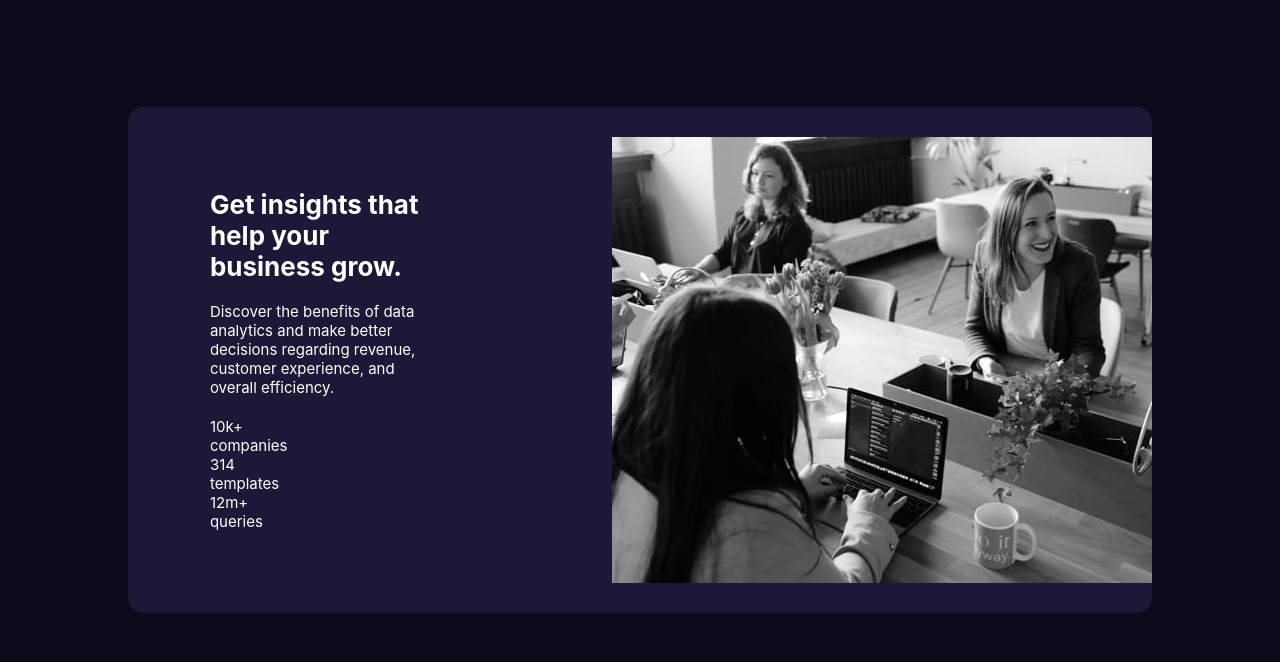
Repository: superZXMzzl/FrontendMentor
Page: stats-preview-card-component-main/index.html
An editor plug-in stored every save of this project. The page is shown before and after a run of saves, followed by the edit.
The browser window is 1280 px wide. The pictures show the whole page.

Above is the page before, as saved 2022-05-09 18:47:15.

### stats-preview-card-component-main/index.html
<!DOCTYPE html>
<html lang="en">
<head>
  <meta charset="UTF-8">
  <meta name="viewport" content="width=device-width, initial-scale=1.0"> <!-- displays site properly based on user's device -->

  <link rel="icon" type="image/png" sizes="32x32" href="./images/favicon-32x32.png">
  <link rel="stylesheet" href="./style.css">
  <title>Frontend Mentor | Stats preview card component</title>
</head>
<body>
  <div class="container">
    <div class="left">
      <p class="title">Get insights that help your business grow.</p>
      <p class="description">Discover the benefits of data analytics and make better decisions regarding revenue, customer
        experience, and overall efficiency.</p>
      <div class="sta">
        <div class="staInfo">
          <p class="staTitle">10k+</p>
          <p class="staDetail">companies</p>
        </div>
        <div class="staInfo">
          <p class="staTitle">314</p>
          <p class="staDetail">templates</p>
        </div>
        <div class="staInfo">
          <p class="staTitle">12m+</p>
          <p class="staDetail">queries</p>
        </div>
      </div>
    </div>
    <img src="./images/image-header-desktop.jpg" class="image">
  </div>
</body>
</html>

### stats-preview-card-component-main/style.css
* {
    font-size: 15px;
    font-family: 'Inter', sans-serif;
    font-weight: 400;
    margin: 0;
    padding: 0;
    box-sizing: border-box;
    color: white;
}

body {
    background-color: hsl(233, 47%, 7%);
    min-height: 100vh;
    background-size: contain;
    display: flex;
    align-items: center;
}

.container{margin: 0 10%;
    display: flex;
    text-align: left;
    align-items: center;
    background-color: hsl(244, 38%, 16%);
    border-radius: 15px;
    overflow: hidden;
    column-gap: 10%;
}

.left{
    padding: 8%;
}

.title{
    font-size: 26px;
    font-weight: bolder;
    margin-bottom: 20px;
}

.description{
    margin: 20px 0;
}

.image{
    background-color: hsl(277, 64%, 61%);
}

After the next 2 saves:
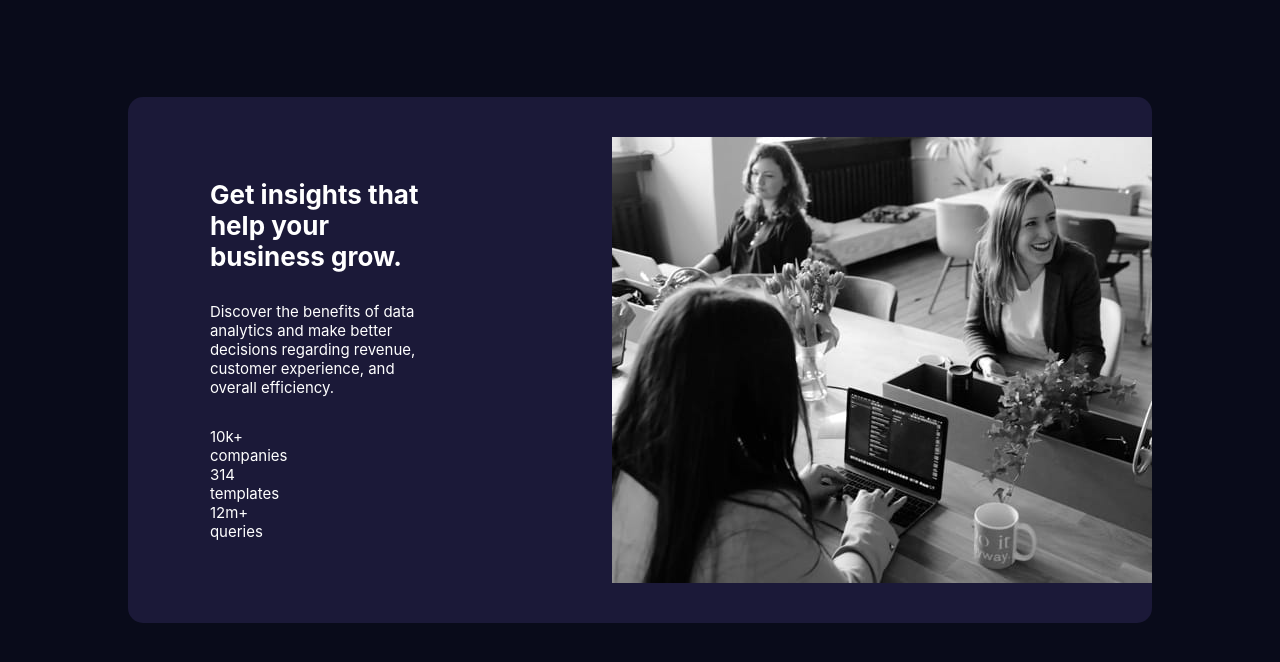
The 2 saves are shown as one change because they came seconds apart.
The last was saved 9 s later.
--- a/stats-preview-card-component-main/style.css
+++ b/stats-preview-card-component-main/style.css
@@ -33,11 +33,11 @@ body {
 .title{
     font-size: 26px;
     font-weight: bolder;
-    margin-bottom: 20px;
+    margin-bottom: 30px;
 }
 
 .description{
-    margin: 20px 0;
+    margin: 30px 0;
 }
 
 .image{
